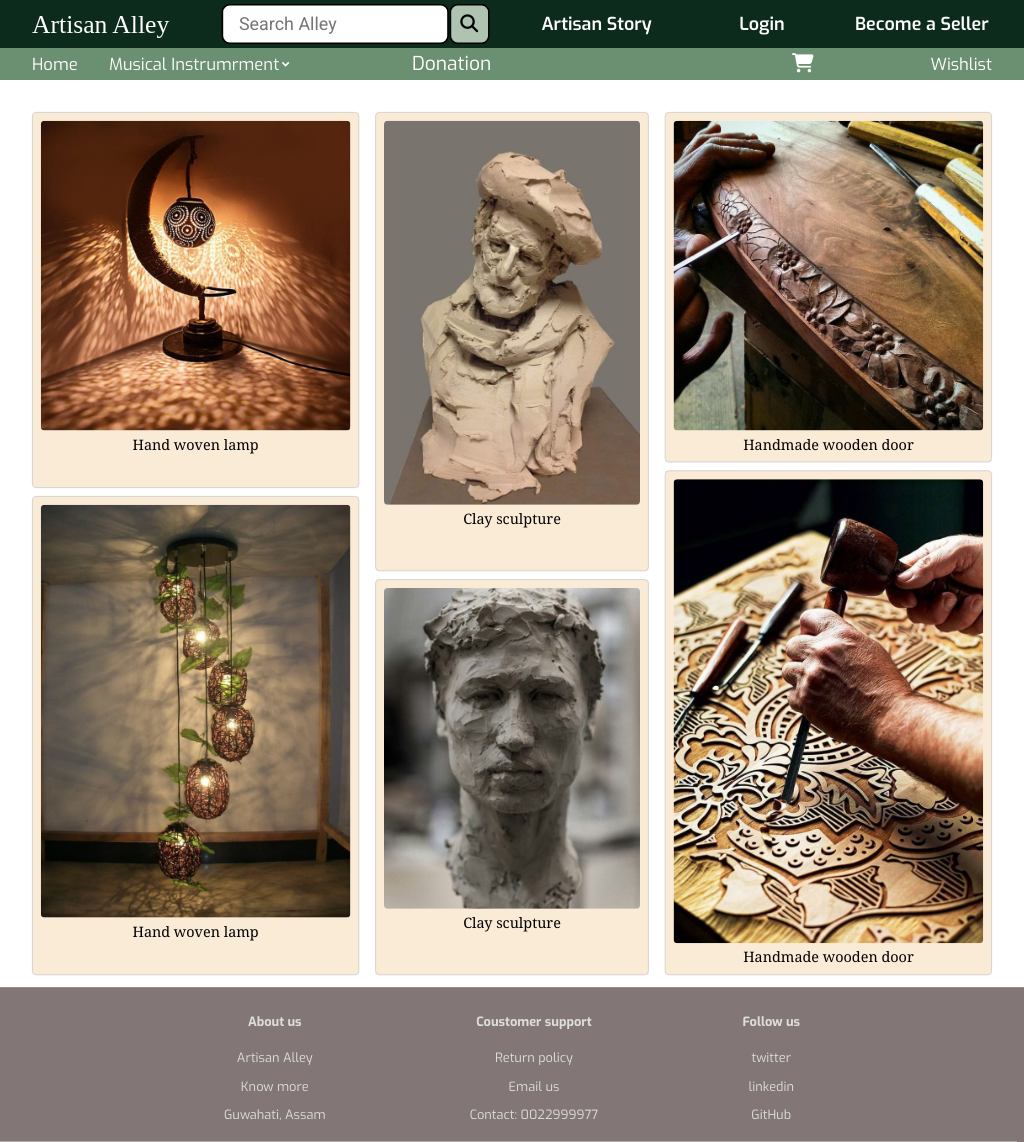
Repository: RingkhangBTY/Bytehacks_Hackathon_Project
Page: index.html
An editor plug-in stored every save of this project. The page is shown before and after a run of saves, followed by the edit.
The browser window is 1280 px wide. The pictures show the whole page, at 80% of full size.
Some web fonts or font styles are not loaded; a fallback is used.

Above is the page before, as saved 2024-11-27 09:51:38.

After the next 2 saves:
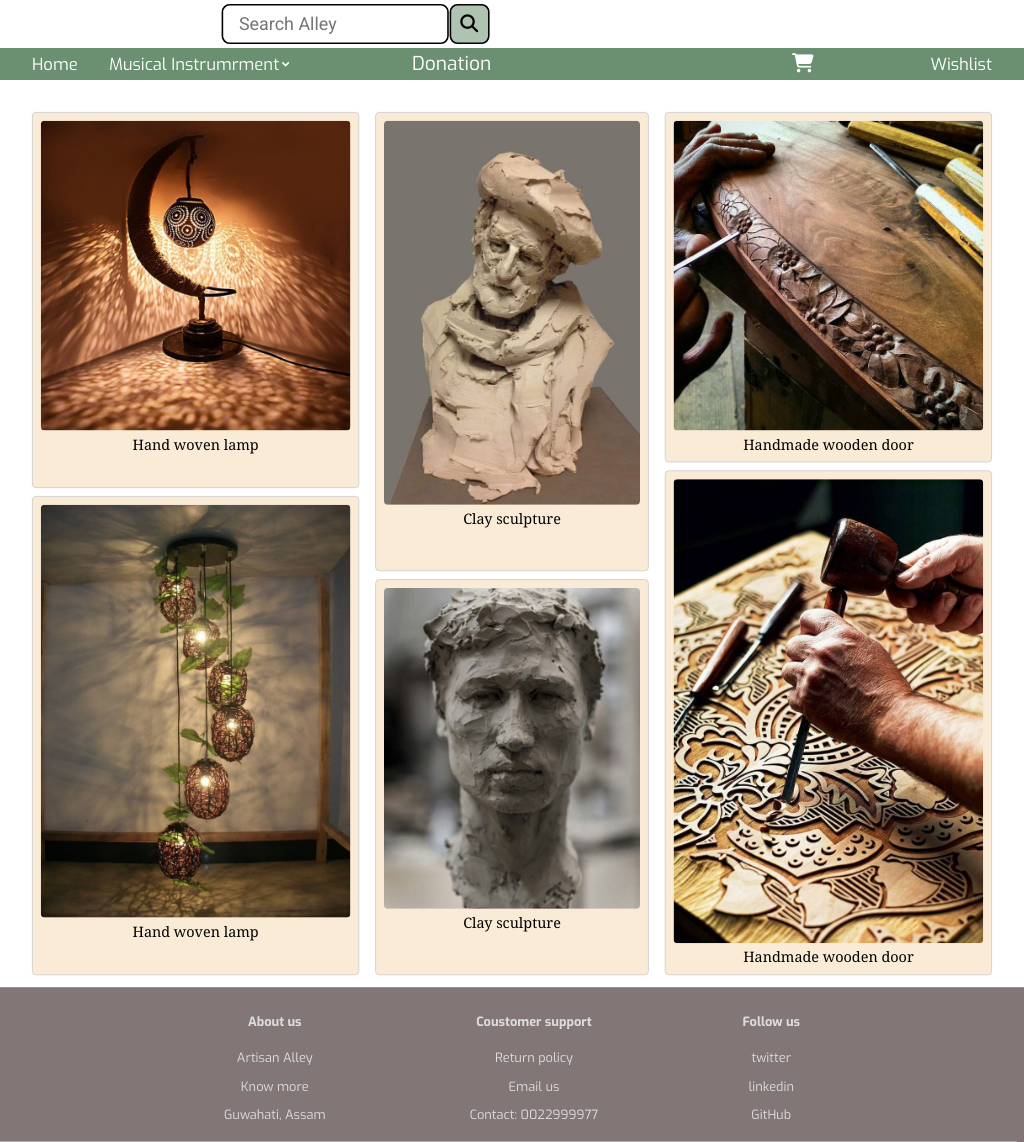
The 2 saves are shown as one change because they came seconds apart.
The last was saved 45 s later.
--- a/style.css
+++ b/style.css
@@ -20,7 +20,7 @@ body {
       }
 
       .half-top {
-        background-color: #0d2b1d;
+        background-color: #;
         height: 70%;
         display: flex;
         justify-content: space-between;
